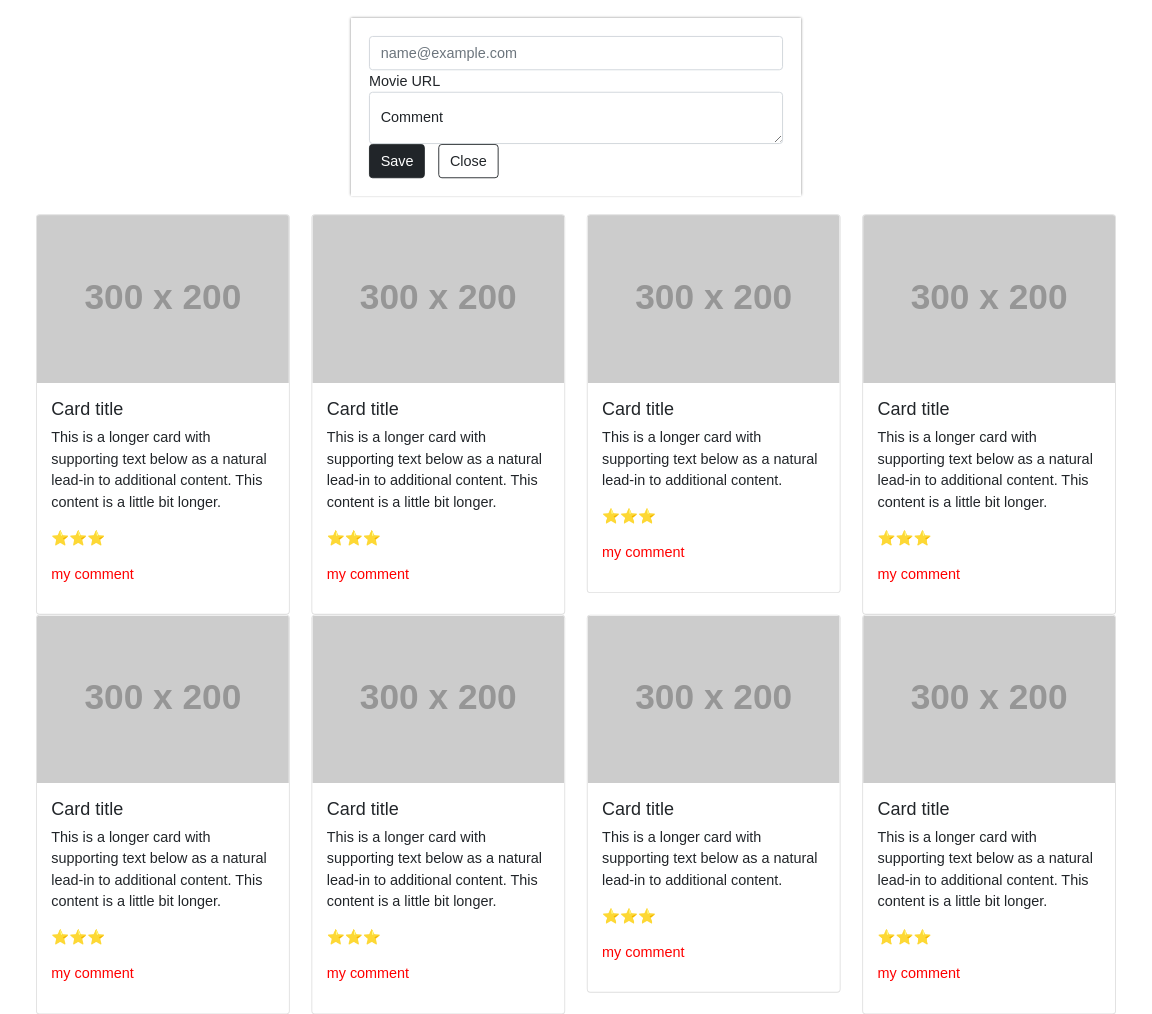
Repository: sinayaka-body/sparta
Page: frontend/bootstrap.html
An editor plug-in stored every save of this project. The page is shown before and after the next save, followed by the edit.
The browser window is 1280 px wide. The pictures show the part of the page from y = 250 to 1389 px (the page is 1377 px tall before and 1389 px after), at 90% of full size.
Some web fonts or font styles are not loaded; a fallback is used.

Above is the page before, as saved 2023-04-15 16:54:33.

After the next save:
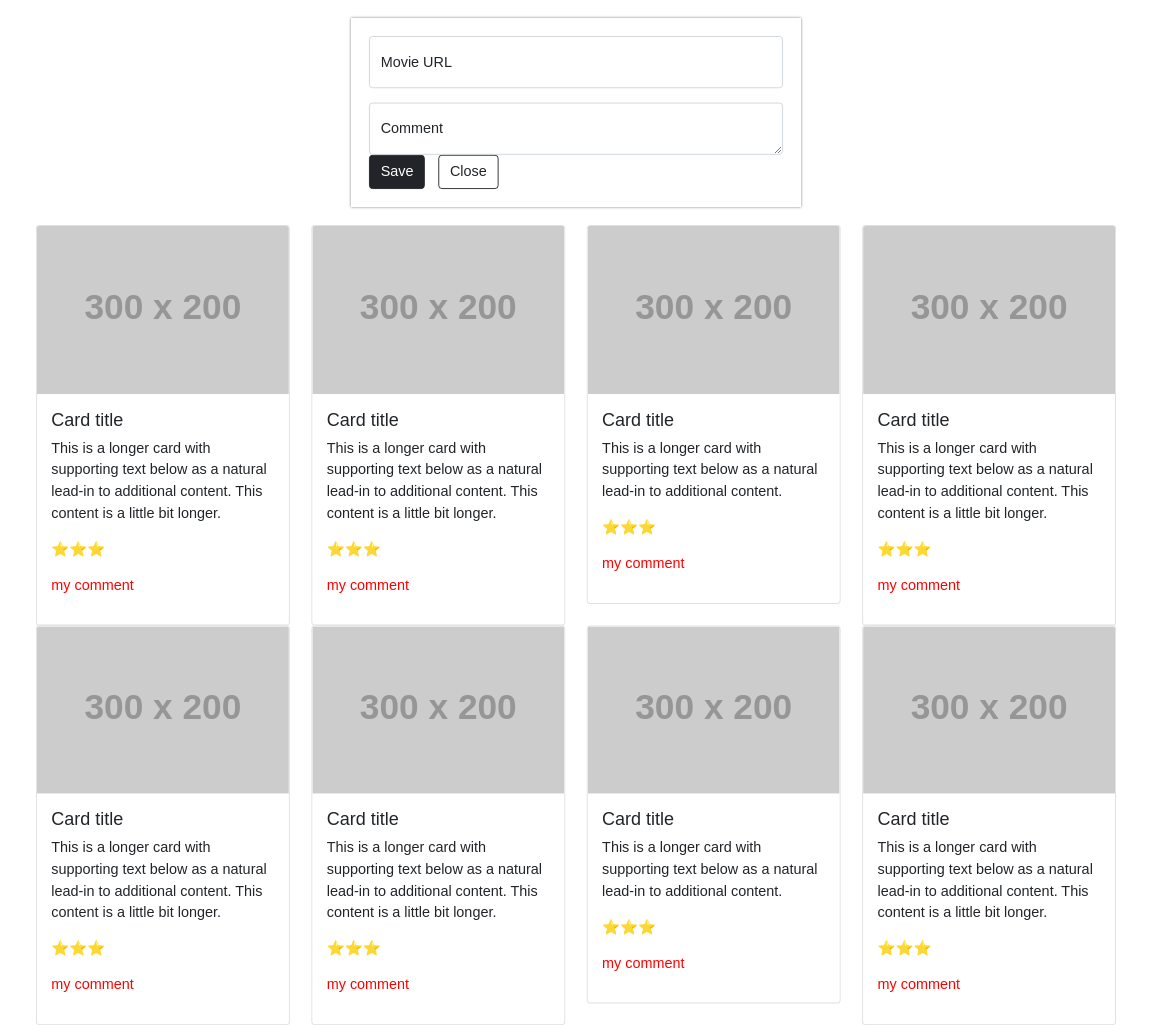
Saved 82 s later.
--- a/frontend/bootstrap.html
+++ b/frontend/bootstrap.html
@@ -84,7 +84,7 @@
     </div>
 
     <div class="mypost">
-      <div class="review_post_url">
+      <div class="form-floating mb-3">
         <input type="email" class="form-control" id="floatingInput" placeholder="name@example.com" />
         <label for="floatingInput">Movie URL</label>
       </div>
